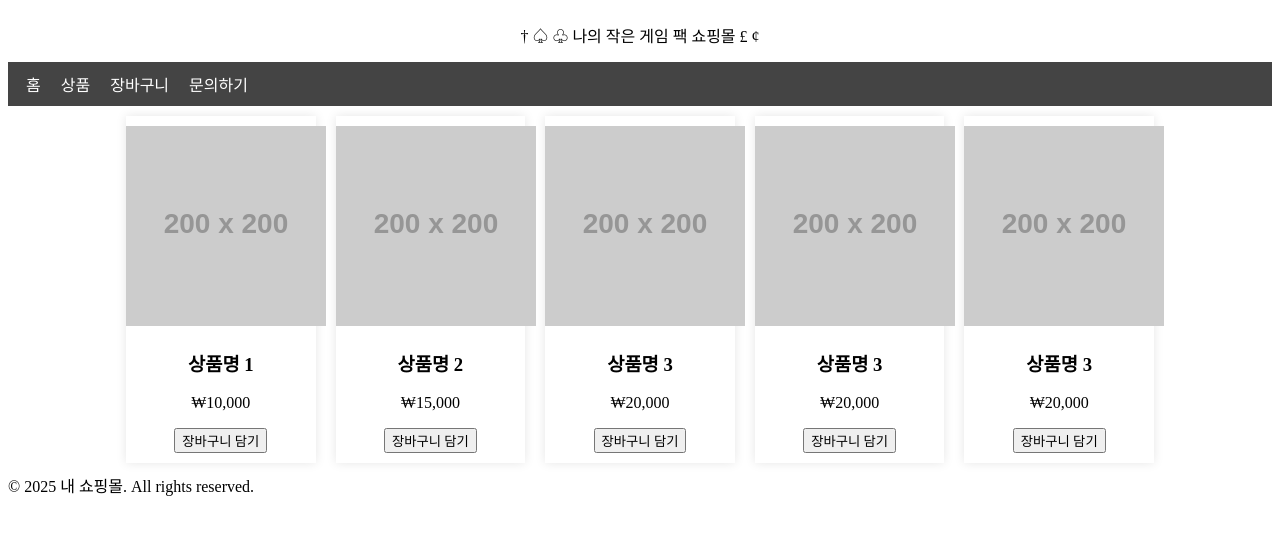
Repository: SeungYeon04/A_AssetsJSP
Page: http://localhost/JSP_Start01/
The author's editor kept a copy of each file at every save. The page is drawn from the files as they stood at one save, then again after the next save.
The browser window is 1280 px wide. The pictures show the whole page.
Some web fonts or font styles are not loaded; a fallback is used. The page is served by Tomcat 9.

Above is the page before, as saved 2025-03-11 07:11:46.

### JSP_Start01/src/main/webapp/index.jsp
<%@ page language="java" contentType="text/html; charset=UTF-8"
    pageEncoding="UTF-8"%>
<!DOCTYPE html>
<html>
<head>
<meta charset="UTF-8">
<title>Insert title here</title>
</head>
<body>
	<header>† ♤ ♧  나의 작은 게임 팩 쇼핑몰 £ ¢</header>

    <nav>
        <a href="#">홈</a>
        <a href="#">상품</a>
        <a href="#">장바구니</a>
        <a href="#">문의하기</a>
    </nav>

    <div class="container">
        <div class="product">
            <img src="https://via.placeholder.com/200" alt="상품1">
            <h3>상품명 1</h3>
            <p>₩10,000</p>
            <button>장바구니 담기</button>
        </div>

        <div class="product">
            <img src="https://via.placeholder.com/200" alt="상품2">
            <h3>상품명 2</h3>
            <p>₩15,000</p>
            <button>장바구니 담기</button>
        </div>

        <div class="product">
            <img src="https://via.placeholder.com/200" alt="상품3">
            <h3>상품명 3</h3>
            <p>₩20,000</p>
            <button>장바구니 담기</button>
        </div>
        <div class="product">
            <img src="https://via.placeholder.com/200" alt="상품3">
            <h3>상품명 3</h3>
            <p>₩20,000</p>
            <button>장바구니 담기</button>
        </div>
         <div class="product">
            <img src="https://via.placeholder.com/200" alt="상품3">
            <h3>상품명 3</h3>
            <p>₩20,000</p>
            <button>장바구니 담기</button>
        </div>
    </div>

    <footer>© 2025 내 쇼핑몰. All rights reserved.</footer>
    <style>

    	* {
    		font-family: 'Ownglyph_ParkDaHyun';
    	}

    	button {
    		font-family: 'Ownglyph_ParkDaHyun';
    	}

    	header {
    		text-align: center;
    		padding: 15px 0;
    	}



	    @font-face {
		    font-family: 'Ownglyph_ParkDaHyun';
		    src: url('https://fastly.jsdelivr.net/gh/projectnoonnu/2411-3@1.0/Ownglyph_ParkDaHyun.woff2') format('woff2');
		    font-weight: normal;
		    font-style: normal;
		}

		nav {
			background-color: #444;
			padding: 10px;
			text-align: ceter;

			a {
				color: white;
            	text-decoration: none;
            	margin: 0 8px;
            	/*font-size: 18px;*/
			 }

			a:hover {
            	text-decoration: underline;
        	}
		}

		/* 메인콘텐츠 */
		.container {
			width: 100%;
			margin: 20px auto;
			display: flex;
			flex-wrap: wrap;
			margin: auto;

			justify-content: center;
		}

		.product {
			width: 15%; /* 너비 추가 */
			background: white;
			padding-top: 10px;
			padding-bottom: 10px;
			box-shadow: 0 0 10px rgba(0, 0, 0, 0.1);
			text-align: center;
			margin: 10px ;
		}


    </style>
</body>
</html>

After the next save:
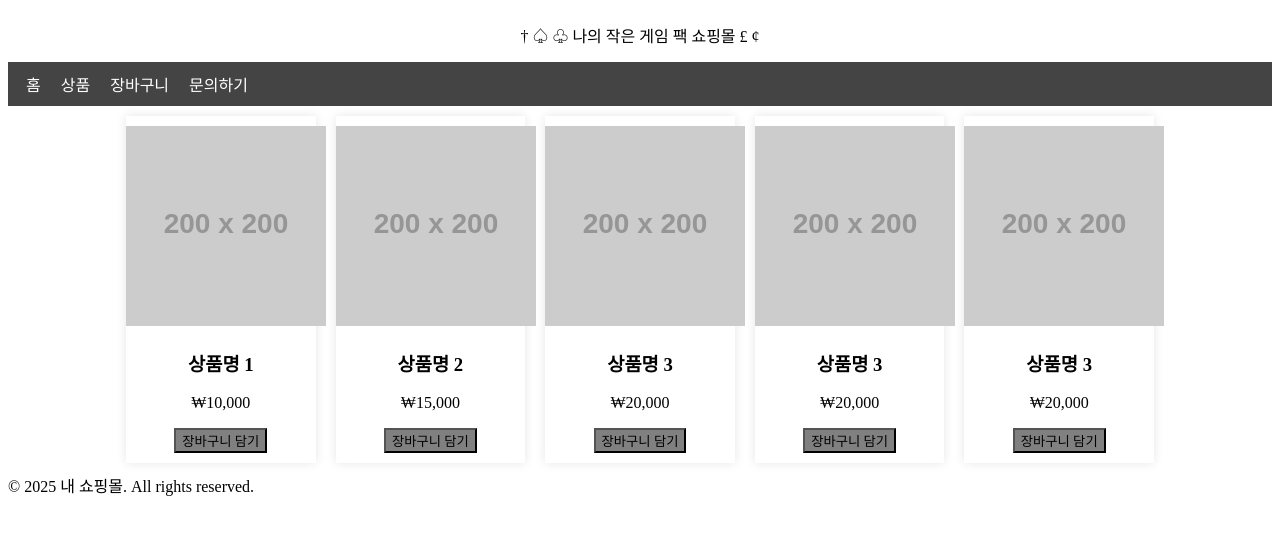
Saved 18 s later.
--- a/JSP_Start01/src/main/webapp/index.jsp
+++ b/JSP_Start01/src/main/webapp/index.jsp
@@ -59,6 +59,7 @@
     	}
 
     	button {
+    		background: gray;
     		font-family: 'Ownglyph_ParkDaHyun';
     	}
 

After the save that followed:
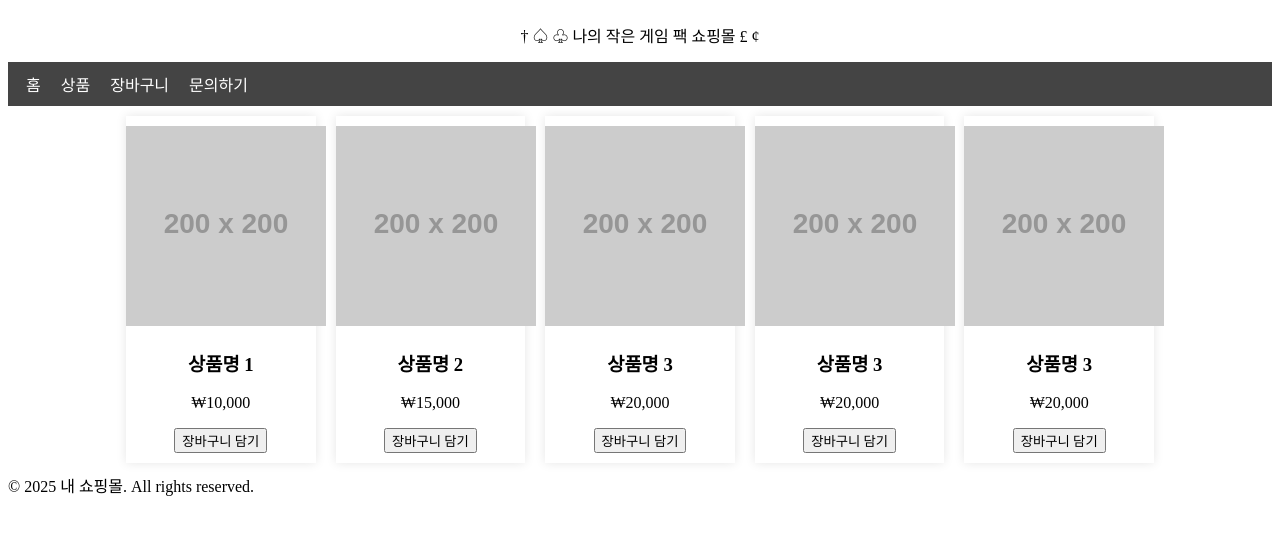
Saved 9 s later.
--- a/JSP_Start01/src/main/webapp/index.jsp
+++ b/JSP_Start01/src/main/webapp/index.jsp
@@ -59,7 +59,7 @@
     	}
 
     	button {
-    		background: gray;
+    		background: whilte;
     		font-family: 'Ownglyph_ParkDaHyun';
     	}
 
